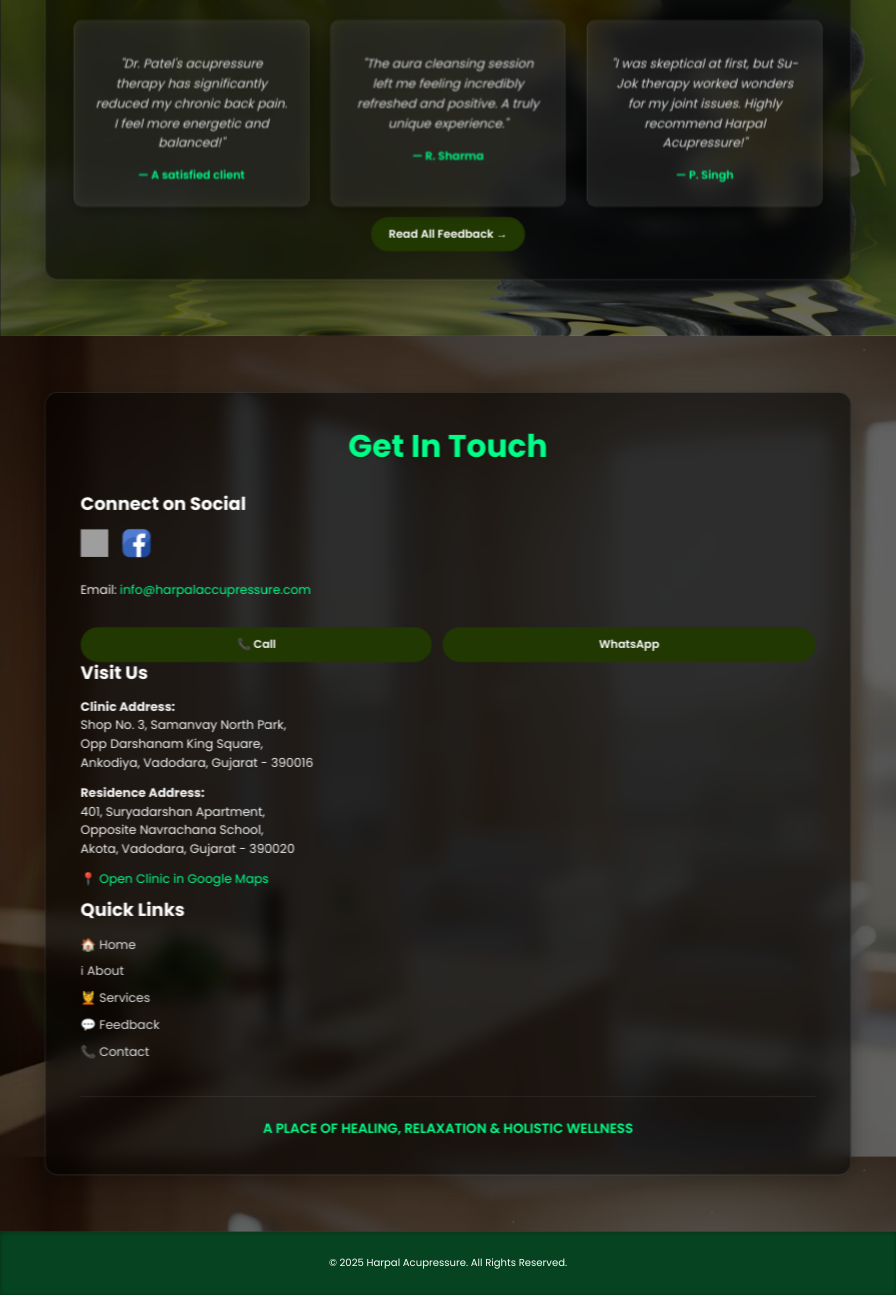
Repository: swasthiik/my-websites
Page: index.html
The author's editor kept a copy of each file at every save. The page is drawn from the files as they stood at one save, then again after the next save.
The browser window is 1280 px wide. The pictures show the part of the page from y = 3517 to 5437 px (the page is 5367 px tall before and 5437 px after), at 70% of full size.
Pictures or frames that could not be fetched are drawn as grey boxes. Backgrounds fixed to the window are drawn as part of the page.

Above is the page before, as saved 2025-10-31 12:21:10.

After the next save:
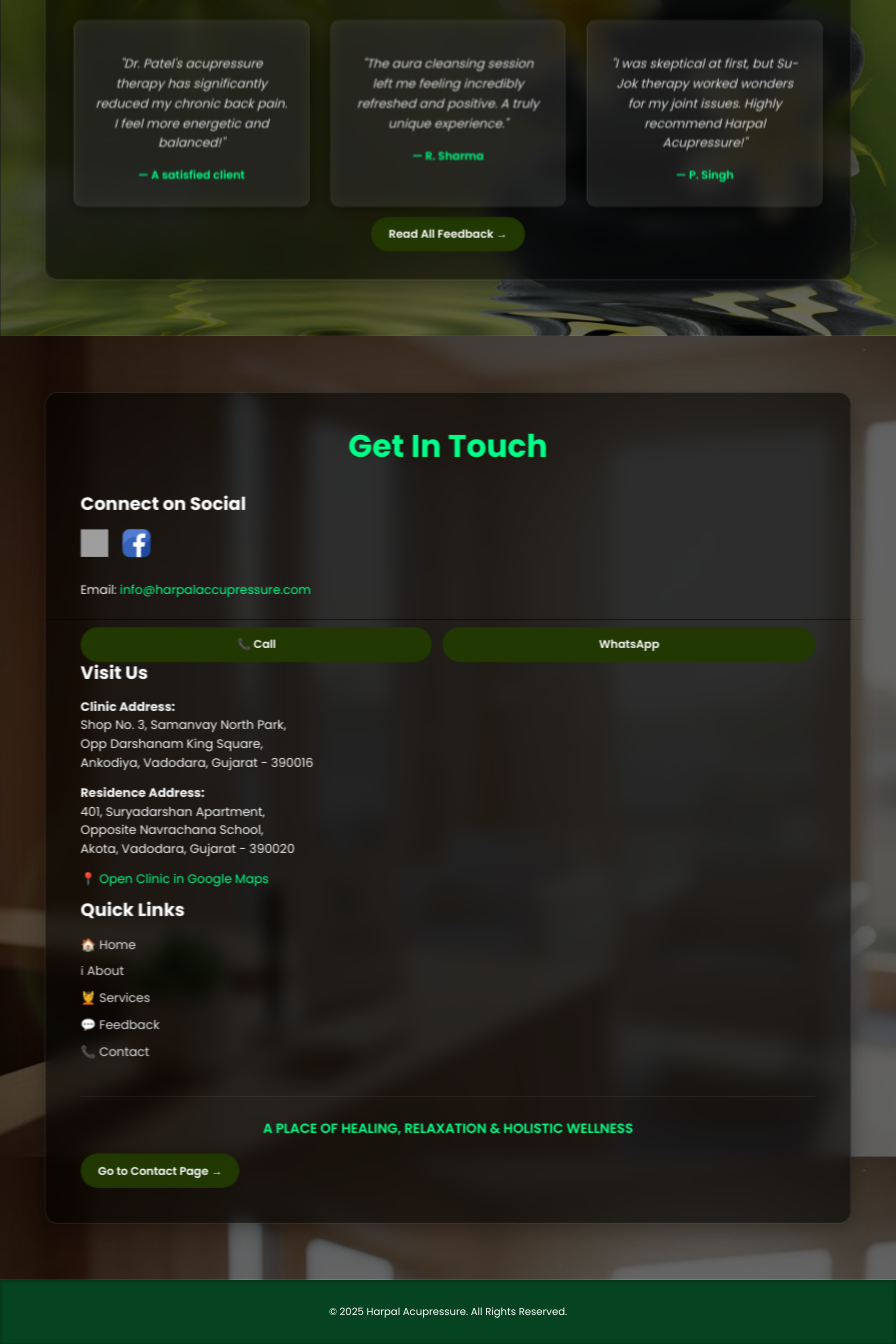
Saved 15 min 18 s later.
--- a/index.html
+++ b/index.html
@@ -35,10 +35,10 @@
     <nav class="nav-menu" id="nav-menu" aria-label="Main navigation">
       <ul>
         <li><a href="#hero">Home</a></li>
-        <li><a href="about.html">About</a></li> <!-- Changed this to about.html for direct link -->
+        <li><a href="about.html">About</a></li> <!-- Direct link to about.html -->
         <li><a href="#services">Services</a></li>
-        <li><a href="#feedback-home">Feedback</a></li>
-        <li><a href="#contact-section-home">Contact</a></li>
+        <li><a href="feedback.html">Feedback</a></li> <!-- Direct link to feedback.html -->
+        <li><a href="contact.html">Contact</a></li> <!-- Direct link to contact.html -->
       </ul>
     </nav>
   </header>
@@ -66,7 +66,7 @@
           <img src="images/dr-patel-profile.jpg" alt="Dr. Dipali Patel, founder of Harpal Acupressure" loading="lazy">
         </div>
       </div>
-      <!-- !!! IMPORTANT CHANGE HERE !!! -->
+      <!-- "Read More" button for About section -->
       <a href="about.html" class="btn" target="_blank" rel="noopener noreferrer">Read More →</a>
     </div>
   </section>
@@ -158,10 +158,12 @@
           </div>
         </div>
       </div>
-    </div>
-  </section>
-
-  <!-- FEEDBACK (New section based on your previous request for background4.jpg) -->
+      <!-- Add a "View All Services" button here if you create a services.html page -->
+      <!-- <a href="services.html" class="btn" target="_blank" rel="noopener noreferrer">View All Services →</a> -->
+    </div>
+  </section>
+
+  <!-- FEEDBACK -->
   <section id="feedback-home" class="glass-section" aria-labelledby="feedback-title">
     <div class="section-card">
       <h2 id="feedback-title"><strong>What Our Clients Say</strong></h2>
@@ -179,11 +181,12 @@
           <span>— P. Singh</span>
         </div>
       </div>
-      <a href="feedback.html" class="btn">Read All Feedback →</a>
-    </div>
-  </section>
-
-  <!-- CONTACT (Integrated Section - note the ID change for linking) -->
+      <!-- "Read All Feedback" button for Feedback section -->
+      <a href="feedback.html" class="btn" target="_blank" rel="noopener noreferrer">Read All Feedback →</a>
+    </div>
+  </section>
+
+  <!-- CONTACT -->
   <section id="contact-section-home" class="glass-section" aria-labelledby="contact-title">
     <div class="section-card" id="contact-card">
       <h2 id="contact-title"><strong>Get In Touch</strong></h2>
@@ -223,14 +226,16 @@
         <div class="quick-links">
           <h4>Quick Links</h4>
           <a href="#hero">🏠 Home</a>
-          <a href="#about-home">ℹ About</a>
+          <a href="about.html">ℹ About</a>      <!-- Direct link to about.html -->
           <a href="#services">💆 Services</a>
-          <a href="#feedback-home">💬 Feedback</a>
-          <a href="#contact-section-home">📞 Contact</a>
+          <a href="feedback.html">💬 Feedback</a> <!-- Direct link to feedback.html -->
+          <a href="contact.html">📞 Contact</a>   <!-- Direct link to contact.html -->
         </div>
       </div>
 
       <div class="final-line">A PLACE OF HEALING, RELAXATION &amp; HOLISTIC WELLNESS</div>
+      <!-- "Go to Contact Page" button for Contact section -->
+      <a href="contact.html" class="btn" target="_blank" rel="noopener noreferrer" style="margin-top: 20px;">Go to Contact Page →</a>
     </div>
   </section>
 
